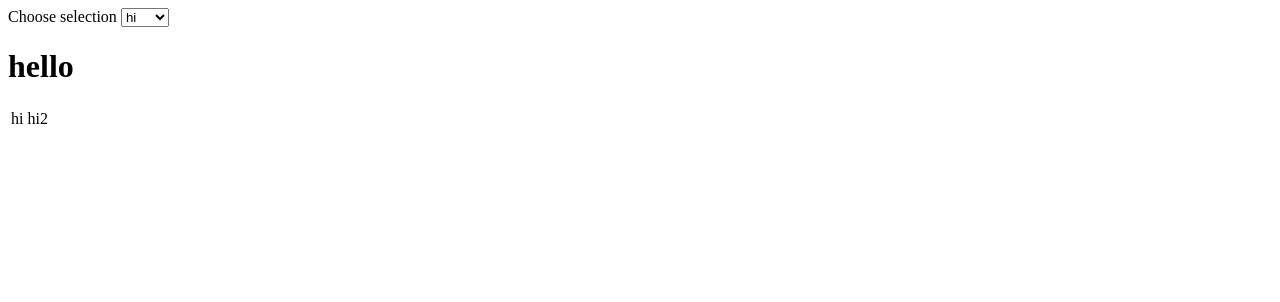
Repository: max-fish/vizual-language
Page: example_project/vizual.project/src-gen/Mainviz.html
These files come from the project's save history. The page is drawn as it stood at one moment and after the next save; the edit follows.
The browser window is 1280 px wide. The pictures show the whole page.

Above is the page before, as saved 2021-04-27 23:14:47.

### example_project/vizual.project/src-gen/Mainviz.html
<!DOCTYPE html>

<head>
<title>tab</title>
</head>

<body>
<label for="selection">Choose selection</label>

<select name="selection" id="selection">
<option value=hi>hi</option>

<option value=next>next</option>
</select>

<h1>hello</h1>

<table>
<tr>
<td>hi</td>

<td>hi2</td>
</tr>
</table>
</body>

After the next save:
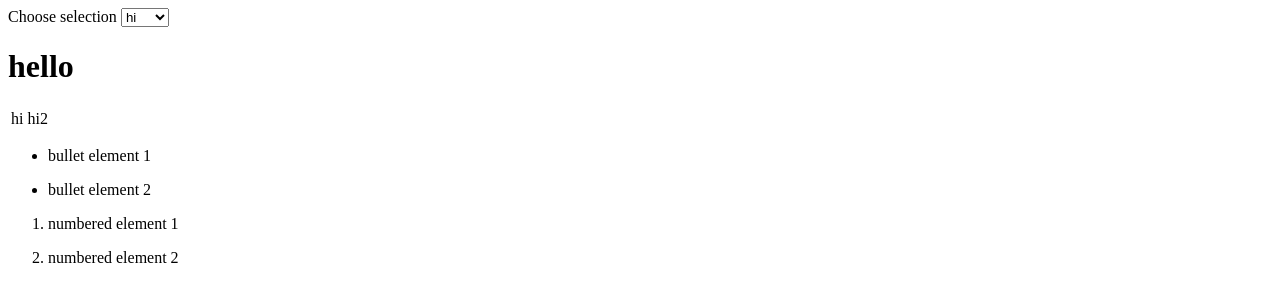
Saved 19 min 12 s later.
--- a/example_project/vizual.project/src-gen/Mainviz.html
+++ b/example_project/vizual.project/src-gen/Mainviz.html
@@ -22,4 +22,16 @@
 <td>hi2</td>
 </tr>
 </table>
+
+<ul>
+<li><p>bullet element 1</p></li>
+
+<li><p>bullet element 2</p></li>
+</ul>
+
+<ol>
+<li><p>numbered element 1</p></li>
+
+<li><p>numbered element 2</p></li>
+</ol>
 </body>
